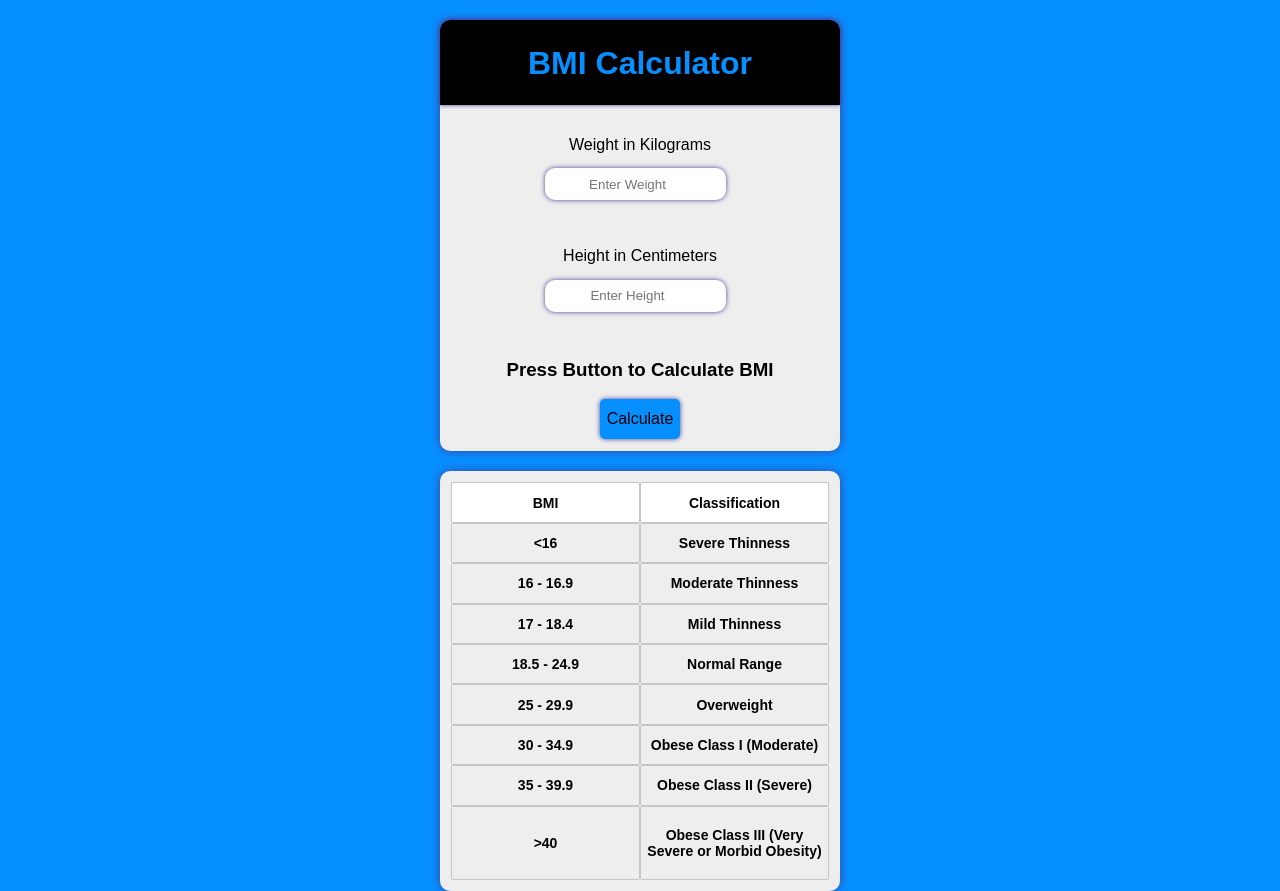
Repository: shayanabedi98/bmi-calculator
Page: index.html
An editor plug-in stored every save of this project. The page is shown before and after the next save, followed by the edit.
The browser window is 1280 px wide. The pictures show the whole page.

Above is the page before, as saved 2023-07-24 20:13:25.

After the next save:
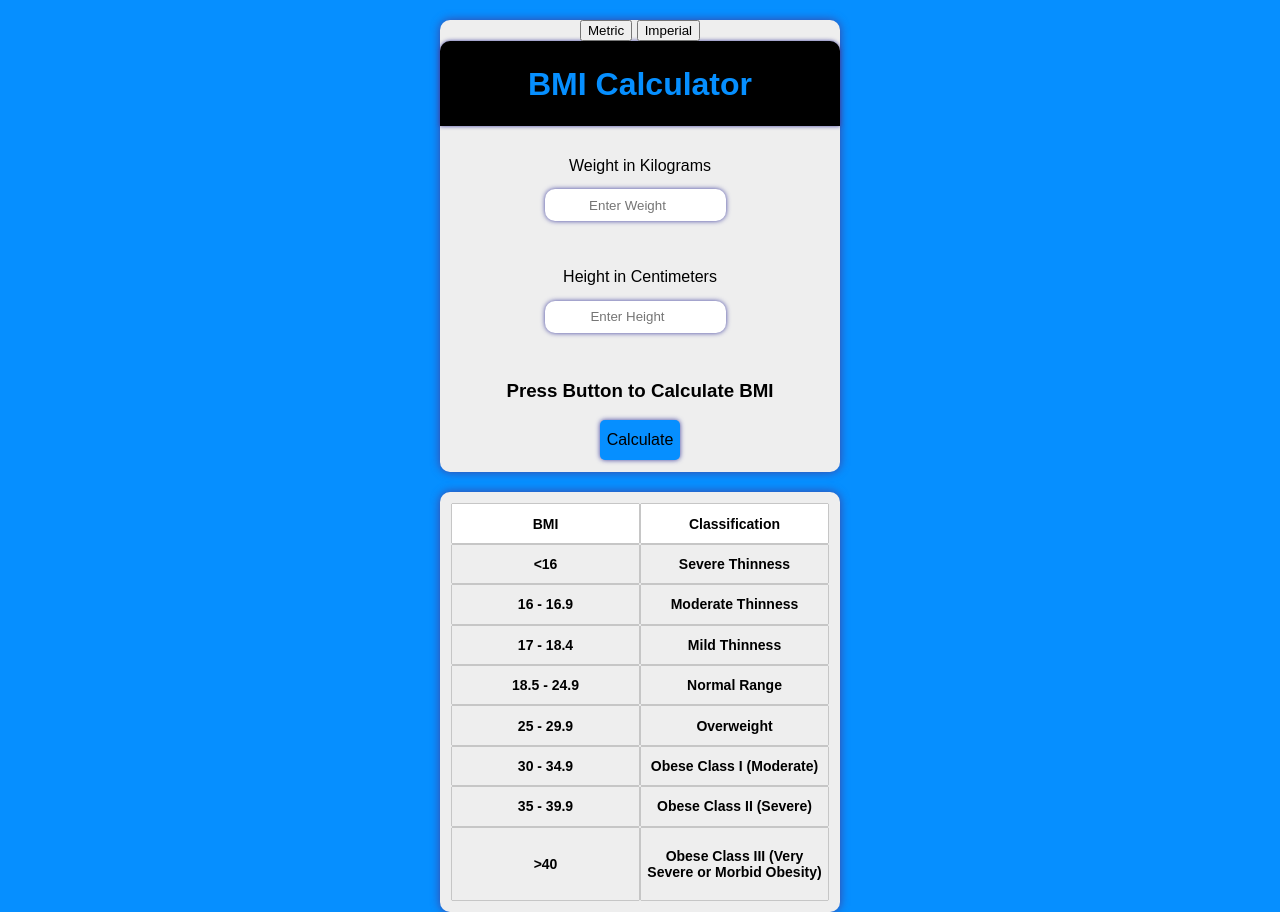
Saved 80 s later.
--- a/index.html
+++ b/index.html
@@ -9,6 +9,10 @@
 <body>
     <div class="container">
         <div class="card">
+            <div class="system">
+                <button>Metric</button>
+                <button>Imperial</button>
+            </div>
             <div class="Metric">
                 <h1>BMI Calculator</h1>
                 <div class="weight">
@@ -25,6 +29,7 @@
                 </div>
             </div>
             <div class="imperial">
+                <h1>BMI Calculator</h1>
                 <div class="weight">
                     <label for="weight"> Weight in Pounds</label>
                     <input type="number" id="lbs">
